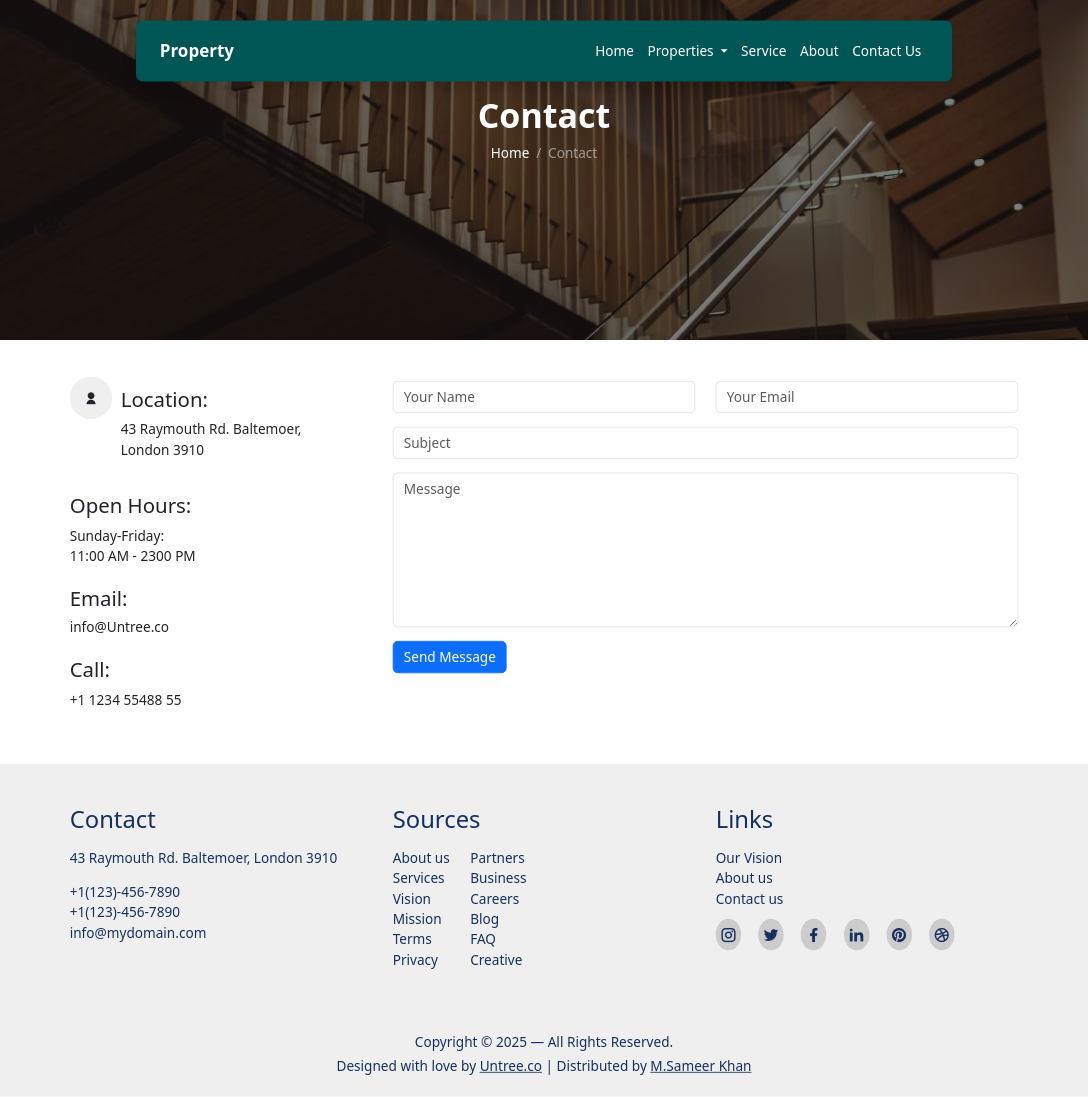
Repository: sameerrrrkhan911-git/Property
Page: contact.html
These files come from the project's save history. The page is drawn as it stood at one moment and after the next save; the edit follows.
The browser window is 1280 px wide. The pictures show the whole page, at 85% of full size.
Some icons come from a web library that is not loaded, so they are not drawn. Some web libraries are served in a nearby version.

Above is the page before, as saved 2025-09-28 21:30:34.
Console error: TypeError: Cannot read properties of undefined (reading 'length')

After the next save:
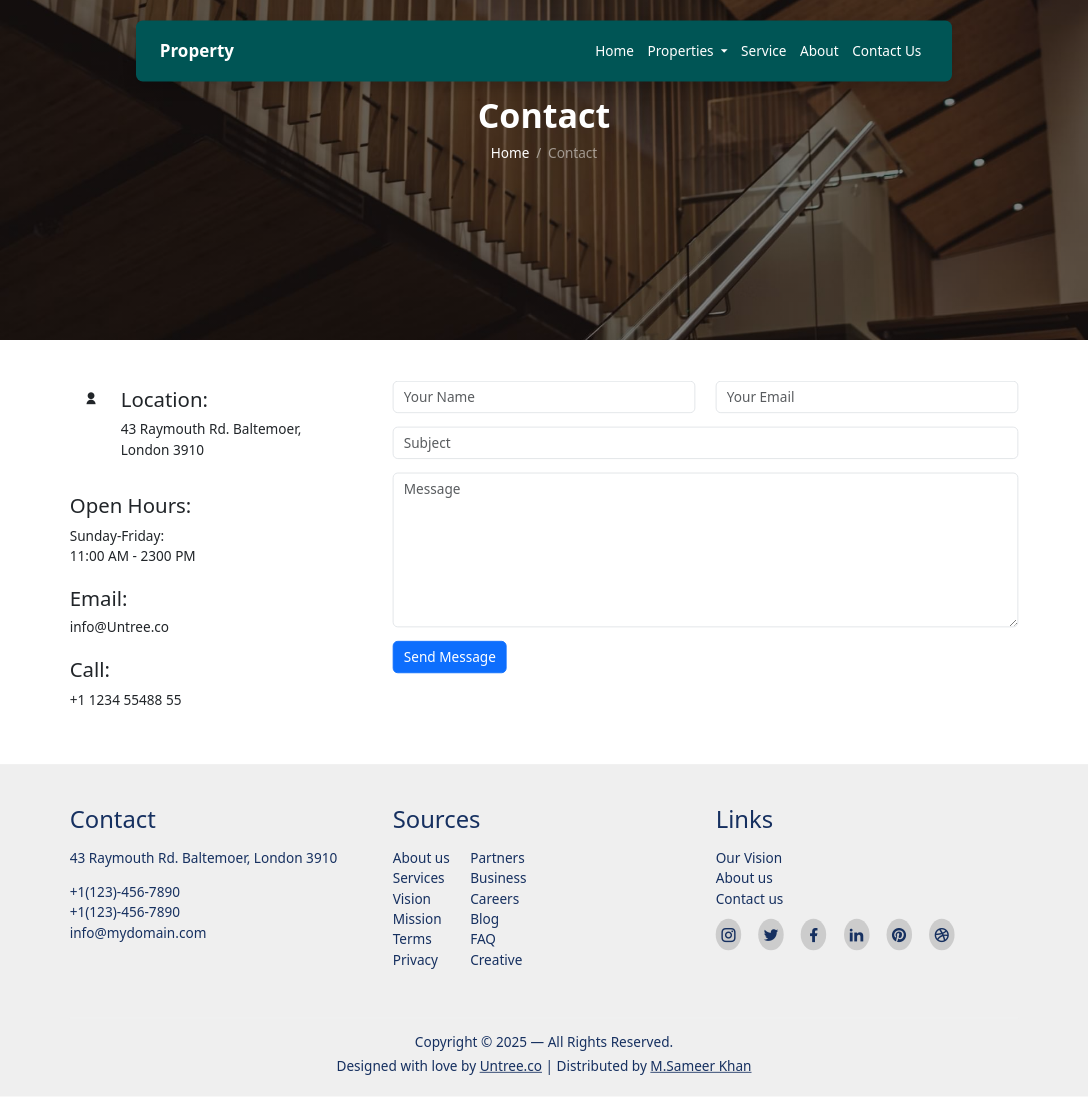
Saved 10 s later.
--- a/contact.html
+++ b/contact.html
@@ -103,7 +103,7 @@
               <div class="address mt-2">
 <div class="d-flex">
     <div>
-    <i class="ri-user-fill" style="border-radius: 50%; padding: 17px; background-color: #efefef; margin-right: 10px;"></i>
+    <i class="ri-user-fill" style="border-radius: 50%; padding: 17px; margin-right: 10px;"></i>
 </div>
                 <div>
                     <h4 class="mb-2">Location:</h4>
